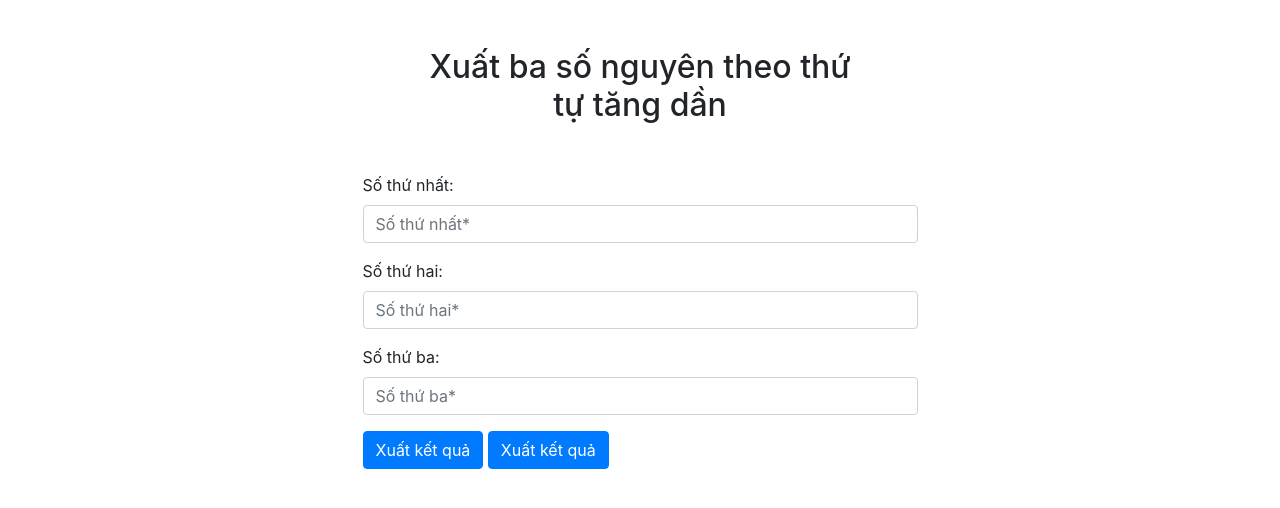
Repository: dovanthao2404/BC14_BaiTap_JS_Buoi_4_dovanthao
Page: html/bai1.html
An editor plug-in stored every save of this project. The page is shown before and after the next save, followed by the edit.
The browser window is 1280 px wide. The pictures show the whole page.

Above is the page before, as saved 2021-07-02 00:33:46.

### html/bai1.html
<!DOCTYPE html>
<html lang="en">

<head>
  <meta charset="UTF-8">
  <meta http-equiv="X-UA-Compatible" content="IE=edge">
  <meta name="viewport" content="width=device-width, initial-scale=1.0">
  <title>Document</title>

  <!-- BS4 -->
  <link rel="stylesheet" href="https://cdn.jsdelivr.net/npm/bootstrap@4.6.0/dist/css/bootstrap.min.css"
    integrity="sha384-B0vP5xmATw1+K9KRQjQERJvTumQW0nPEzvF6L/Z6nronJ3oUOFUFpCjEUQouq2+l" crossorigin="anonymous">
</head>

<body>
  <div class="container">
    <form class="w-50 mx-auto">
      <h2 class="text-center px-5 my-5">Xuất ba số nguyên theo thứ tự tăng dần</h2>
      <div class="form-group">
        <label for="number-1">Số thứ nhất: </label>
        <input type="text" name="" id="number-1" class="form-control" placeholder="Số thứ nhất*">
      </div>
      <div class="form-group">
        <label for="number-2">Số thứ hai: </label>
        <input type="text" name="" id="number-2" class="form-control" placeholder="Số thứ hai*">
      </div>
      <div class="form-group">
        <label for="number-3">Số thứ ba: </label>
        <input type="text" name="" id="number-3" class="form-control" placeholder="Số thứ ba*">
      </div>
      <button type="button" class="btn btn-primary">Xuất kết quả</button>
      <button type="reset" class="btn btn-primary">Xuất kết quả</button>
      <div id="ketQua" class='mt-3'>
        <h2 id="xuatKetQua"></h2>
      </div>
    </form>

  </div>
</body>

</html>

After the next save:
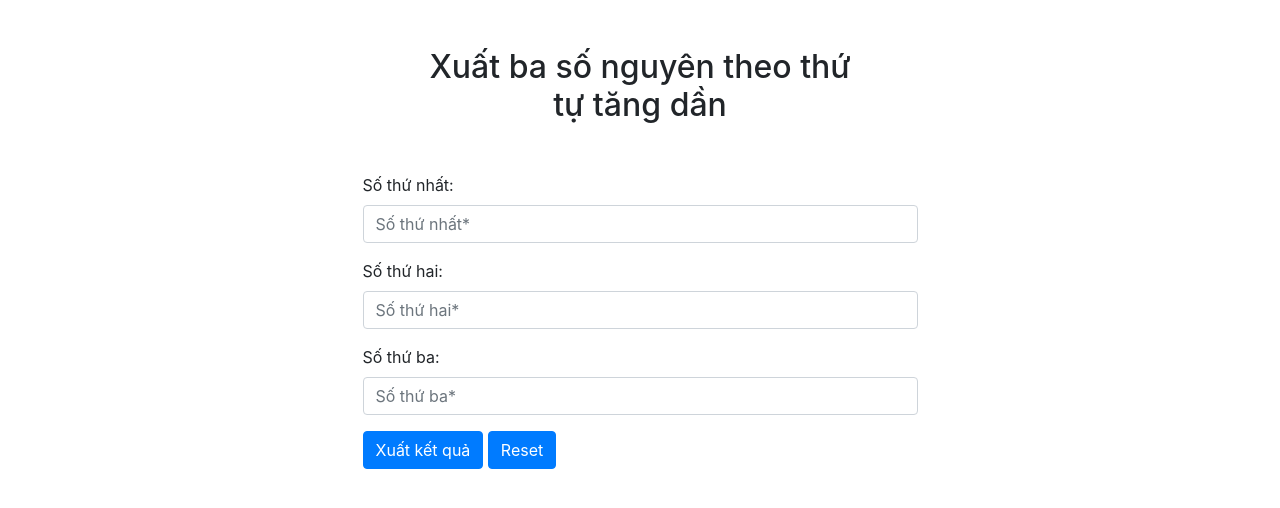
Saved 8 s later.
--- a/html/bai1.html
+++ b/html/bai1.html
@@ -29,7 +29,7 @@
         <input type="text" name="" id="number-3" class="form-control" placeholder="Số thứ ba*">
       </div>
       <button type="button" class="btn btn-primary">Xuất kết quả</button>
-      <button type="reset" class="btn btn-primary">Xuất kết quả</button>
+      <button type="reset" class="btn btn-primary">Reset</button>
       <div id="ketQua" class='mt-3'>
         <h2 id="xuatKetQua"></h2>
       </div>
